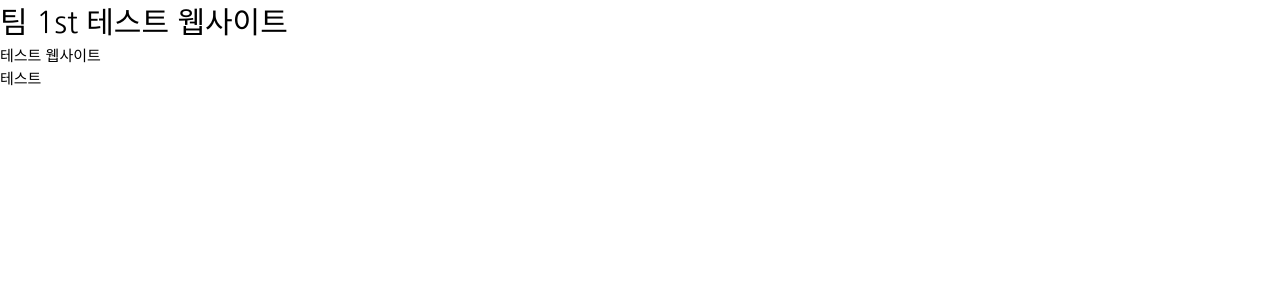
Repository: kinari4041/funfun
Page: index.html
These files come from the project's save history. The page is drawn as it stood at one moment and after the next save; the edit follows.
The browser window is 1280 px wide. The pictures show the whole page.

Above is the page before, as saved 2024-07-29 06:54:34.
Console error (its wording comes from the project's code and is left out).

### index.html
<html lang="ko">
    <head>
        <meta charset="utf-8"></meta>
        <meta http-equiv="X-UA-Compatible" content="IE=edge">
        <meta name="viewport" content="width=device-width, initial-scale=1.0">
        <!-- 나눔고딕 구글 폰트 -->
        <link rel="icon" href="./img/favicon.ico">
        <link rel="preconnect" href="https://fonts.googleapis.com">
        <link rel="preconnect" href="https://fonts.gstatic.com" crossorigin>
        <link href="https://fonts.googleapis.com/css2?family=Nanum+Gothic&display=swap"     rel="stylesheet">
        <!-- 외부 css 스타일 시트 적용 -->
        <link rel="stylesheet" href="./css/style.css">
        <title> TEAM FIRST TEST WEBSITE </title>
    </head>
    <body>
        <h1> 팀 1st 테스트 웹사이트 </h1>
        <p> 테스트 웹사이트 </p>
        <p> 테스트 </p>
        <script type="module" src="./script/app.js"></script>
    </body>
</html>

### css/style.css
@import url(./default.css);


/* ─────────────────────────────────────────────────────────
                            헤더
────────────────────────────────────────────────────────── */

header {
    position: absolute;
    top: 0px;
    overflow:hidden;
    width: 1330px;
    background-color: #fff;
}


/* ─────────────────────────────────────────────────────────
                        최상단 메뉴바
────────────────────────────────────────────────────────── */

#top-nav {
    width: 100%;
    display: flex;
    height: 100px;
    align-items: center;
    justify-content: space-between;
    border-bottom: 1px solid #ddd;
}


/* ─────────────────────────────────────────────────────────
                최상단 메뉴바: 타이틀 및 사이트메뉴
────────────────────────────────────────────────────────── */

.top-nav-site-wrap {
    display:flex;
}

.top-nav-title {
    margin-left: 20px;
    display:flex;
    align-items: center;
}

.top-nav-logo {
    font-size: 40px;
    font-weight: bold;
}

.top-nav-title {
    margin-left: 15px;
    text-align: center;
    font-size: 35px;
    font-weight: bold;
}

.top-nav-site-menu {
    margin-left: 20px;
}

.top-nav-site-menu li {
    display: inline-block;
    position: relative;
    width: max-content;
    margin-left: 50px;
    font-weight: bold;
    font-size: 20px;
    line-height: 50px;
}

.top-nav-site-menu li::after {
    content: "";
    position: absolute;
    left: 0;
    bottom: 0;
    width: 0%;
    height: 3px;
    background-color: #000;
    transition: all .5s cubic-bezier(0, 0, 0.15, 1.01);
}

.top-nav-site-menu li:hover:after {
    width: 100%;
}


/* ─────────────────────────────────────────────────────────
                    최상단 메뉴바: 버튼 영역
────────────────────────────────────────────────────────── */

.top-nav-btn-wrap {
    display: flex;
}


/* ─────────────────────────────────────────────────────────
                    최상단 메뉴바: 검색 기능
────────────────────────────────────────────────────────── */

.top-nav-menu-search .search-form-wrap {
    opacity: 0;
    visibility: hidden;
    position: fixed;
    top: 0;
    left: 0;
    width: 100%;
    height: 100%;
    background: rgba(0, 0, 0, 0.9);
    z-index: 9999;
    -webkit-transform: translateY(100%);
    -ms-transform: translateY(100%);
    -o-transform: translateY(100%);
    transform: translateY(100%);
    -webkit-transition: 0.5s ease;
    -o-transition: 0.5s ease;
    transition: 0.5s ease;
}

.top-nav-menu-search .search-form-wrap.search-activate {
  opacity: 1;
  visibility: visible;
  -webkit-transform: translateY(0);
  -ms-transform: translateY(0);
  -o-transform: translateY(0);
  transform: translateY(0);

}

.top-nav-menu-search .search-form-wrap .search-form {
  position: absolute;
  top: 50%;
  left: 50%;
  width: 100%;
  margin-left: -50%;
  -webkit-transform: translateY(-50%);
  -ms-transform: translateY(-50%);
  -o-transform: translateY(-50%);
  transform: translateY(-50%);
  text-align: center;
}

.top-nav-menu-search .search-form-wrap .search-form .search-field {
  border: none;
  border-bottom: 1px solid #ccc;
  padding: 20px;
  width: 80%;
  height: 70px;
  display: block;
  margin: 0 auto;
  border: none;
  border-bottom: 1px solid #e1e1e1;
  border-radius: 70px;
  font-size: 26px;
}

.top-nav-menu-search .search-form-wrap .search-form .search-submit {
  margin-top: 30px;
  padding: 16px 60px;
  background: #333;
  border: none;
  color: #fff;
  font-size: 18px;
  display: inline-block;
  -webkit-transition: 0.3s ease;
  -o-transition: 0.3s ease;
  transition: 0.3s ease;
}

.top-nav-menu-search .search-form-wrap .search-form .search-submit:hover {
  border-radius: 30px;
}

.search-form-close {
  position: absolute;
  color:white;
  right: 40px;
  top: 30px;
  font-size: 64px;
  cursor: pointer;
}

.search-icon {
    padding: 10px;
    border: 1px solid #888;
    border-radius: 50px;
    display: flex;
    justify-content: center;
    align-items: center;
    margin-right: 20px;
    font-size: 20px;
    transition: all .3s ease-in;
}

.search-icon:hover {
    background-color: #ddd;
}


/* ─────────────────────────────────────────────────────────
                최상단 메뉴바: 새 프로젝트 버튼
────────────────────────────────────────────────────────── */

.top-nav-btn-project {
    padding: 10px 15px 10px 15px;
    width: fit-content;
    height: fit-content;
    background-color: white;
    display: flex;
    justify-content: center;
    align-items: center;
    font-weight: bold;
}


/* ─────────────────────────────────────────────────────────
                최상단 메뉴바: 로그인/가입 버튼
────────────────────────────────────────────────────────── */

.top-nav-btn-login {
    margin-right: 10px;
    padding: 10px 15px 10px 15px;
    width: fit-content;
    height: fit-content;
    background-color: white;
    border: 1px solid #888;
    border-radius: 50px;
    display: flex;
    justify-content: center;
    align-items: center;
    transition: all .3s ease-in;
    font-weight: bold;
}

.top-nav-btn-login:hover {
    background-color: #ddd;
}


/* ─────────────────────────────────────────────────────────
                    헤더: 인기 프로젝트 영역
────────────────────────────────────────────────────────── */

.popular-projects {
    width: 100%;
    height: 400px;
    background-color: #ccc;
    display: flex;
    flex-wrap: nowrap;
    position: relative;
    overflow: hidden;
    user-select: none;
    border-bottom-left-radius: 40px;
    border-bottom-right-radius: 40px;
}

/* 금주의 인기 프로젝트! 영역 스타일 */
.slide-title {
    position: absolute;
    top: 20px;
    left: 30px;
    padding: 10px 15px 10px 15px;
    border-radius: 20px;
    background-color: #00000077;
    color:white;
    font-size: 20px;
    font-weight: bold;
    z-index: 3;
}

/* 슬라이드에 들어가는 각 div의 스타일 적용 */
.slide-item {
    position: relative;
    left: 0px;
    flex-shrink: 0; /* flex item들이 컨테이너 크기에 맞게 줄어들지 않도록 값을 0으로 설정 */
    width: 100%;
    height: 100%;
    transition: left 0.8s ease-in-out;
}

/* 무한루프 구현을 위해 복사본 스타일 정의 */
.slide-item-duplicate {
    position: relative;
    z-index: 2;
    left: 0px;
    flex-shrink: 0;
    width: 100%;
    height: 300px;
    transition: left 0.8s ease-in-out;
}

.item1 {
    background-image: url("https://picsum.photos/1330/400?random=1");
}

.item2 {
    background-image: url("https://picsum.photos/1330/400?random=2");
}

.item3 {
    background-image: url("https://picsum.photos/1330/400?random=3");
}

.item4 {
    background-image: url("https://picsum.photos/1330/400?random=4");
}

.item5 {
    background-image: url("https://picsum.photos/1330/400?random=5");
}

/* 페이지 넘기는 버튼 및 현재 페이지 표시 ui영역 */
.slide-ui {
    position: absolute;
    display: flex;
    z-index: 5;
    bottom: 20px;
    left: 50%;
    transform: translateX(-50%);
    gap: 20px;
}

/* 페이지 넘기는 버튼 스타일 */
.slide-btn {
    font-size: 14px;
    color:white;
    cursor: pointer;
    border-radius: 20px;
    padding: 10px;
    background-color: #00000077;
}

/* 현재 페이지를 알려주는 ui 스타일 */
.slide-pagenation {
    padding: 10px;
    border-radius: 20px;
    background-color: #00000077;
    color:white;
    font-weight: bold;
    font-size: 13px;
}


/* ─────────────────────────────────────────────────────────
                    메인 영역 스타일 설정
────────────────────────────────────────────────────────── */

main {
    margin-top: 520px;
}

/* 메인 프로젝트 목록 영역 */
#section-content {
    width: 100%;
    display: flex;
    justify-content: space-between;
    gap: 50px;
    margin-top: 50px;
}

/* 프로젝트 목록 영역 */
#section-content-wrap {
    width: 1000px;
}


/* ─────────────────────────────────────────────────────────
                메인: 대분류 네비게이션 메뉴바
────────────────────────────────────────────────────────── */

nav {
    height: 100px;
    width: 100%;
    margin-bottom: 30px;
    background-color: #fff;
    animation-duration: 0.3s;
    animation-timing-function: ease-in;
}

.nav-menu ul {
    display: flex;
    gap: 40px;
    justify-content: center;
    align-items: center;
}

.nav-menu-icon-box {
    display: flex;
    align-items: center;
    flex-direction: column;
    width: 110px;
    height: 110px;
    padding-top: 5px;
    border-radius: 20px;
    transition: all .2s ease;
}

.nav-menu-icon-box:hover {
    background-color: #ddd;
}

.nav-menu-icon-box i {
    display: flex;
    flex-direction: column;
    justify-content: center;
    align-items: center;
    font-weight: bold;
    font-size: 40px;
    padding: 10px;
    margin-bottom: 5px;
}

.nav-menu-icon-title {
    margin-top: 3px;
    font-weight: bold;
}

.nav-menu li:last-of-type::after {
    content: none;
}

.more-list {
    display: none;
}


/* ─────────────────────────────────────────────────────────
                    메인: 사이드바
────────────────────────────────────────────────────────── */

aside {
    margin-top: 30px;
    margin-bottom: 50px;
    border-radius: 30px;
    box-shadow: 0 0 20px 4px rgba(0, 0, 0, 0.192);
    position: sticky;
    position: -webkit-sticky;
    top: 30px;
    width: 280px;
    height: fit-content;
    padding-left: 15px;
    overflow: auto;
    padding: 30px;
}

.side-bar-dropdown {
    position: relative;
    display: block;
    padding-top: 10px;
    padding-bottom: 10px;
    margin-bottom: 20px;
    background-color: #ddd;
}

.side-bar-dropdown:last-of-type {
    margin-bottom: 0px;
}

.side-bar-dropdown p {
    margin-left: 5px;
    display: inline-block;
}

.side-bar-dropdown i.cursor-down {
    float: right;
    transform: rotate(-90deg);
    transition: all .2s ease;
}

.side-bar-items {
    margin-left: 10px;
    display: none;
    z-index: 1;
}

.side-bar-items i {
    margin-right: 5px;
}

.side-bar-items a {
    display: block;
    padding: 5px;
    margin-top: 15px;
    background-color: #aaa;
}

.side-bar-items a:hover {
    cursor: pointer;
}

/* (임시) 건드릴시 소분류 등장 */
.side-bar-dropdown:hover .side-bar-items {
    display: block;
}

/* (임시) 건드릴시 소분류 등장 */
.side-bar-dropdown:hover .cursor-down {
    transform: none;
}


/* ─────────────────────────────────────────────────────────
                    메인: 섹션 영역 스타일
────────────────────────────────────────────────────────── */

.section-title {
    border-top-left-radius: 30px;
    border-top-right-radius: 30px;
}

.section-title p {
    margin-left: 50px;
    padding-top: 30px;
    font-size: 30px;
    font-weight: bold;
}

.section-area {
    margin-bottom: 140px;
    border-radius: 30px;
    box-shadow: 0 0 20px 4px rgba(0, 0, 0, 0.192);
}


/* ─────────────────────────────────────────────────────────
                섹션1: 주목할 만한 프로젝트!
────────────────────────────────────────────────────────── */

.main-cate-project {
    display: grid;
    grid-template-columns: repeat(3,1fr);
    padding: 30px;
    column-gap: 10px;
    row-gap: 30px;
}

.project-cate-wrap {
    display: flex;
    flex-direction: column;
    border-radius: 20px;
    cursor: pointer;
    padding: 10px;
    align-items: center;
    transition: all .2s ease-in-out;
}

.project-cate-wrap:hover {
    transform: scale(1.02);
    box-shadow: 0 0 10px 4px rgba(0, 0, 0, 0.2);
}

.project-cate {
    margin-left: 10px;
    margin-bottom: 5px;
    width: 100%;
}

.project-cate-thumb {
    margin-bottom: 10px;
}

.project-cate-thumb img {
    border-radius: 20px;
    width: 270px;
}

.project-cate.name {
    color: #777;
    font-weight: bold;
    font-size: 16px;
}

.project-cate.title {
    font-weight: bold;
    font-size: 20px;
    overflow: hidden;
    word-break: break-word;
    line-height: 30px;
    padding-right: 8px;

    display: -webkit-box;
    text-overflow: ellipsis;
    line-clamp: 2;
    -webkit-line-clamp: 2;
    -webkit-box-orient: vertical
}

.project-cate.rate {
    font-size: 20px;
    display: flex;
    justify-content: space-between;
}

#section3 .project-cate.rate {
    font-size: 17px;
    display: flex;
    justify-content: space-between;
}

.project-cate-rate.percent > b {
    color: orange;
    font-weight: bold;
}

.project-cate-rate.star {
    color: rgb(226, 58, 7);
    font-weight: bold;
    margin-right: 20px;
}

.project-cate.desc {
    color: #777;
    font-size: 15px;
    display: flex;
}

.ad-recommand-projects {
    height: 300px;
    width: 100%;
    display: grid;
}

/* 최근 오픈한 펀딩 프로젝트 리스트 */

.recent-project {
    display: grid;
    grid-template-columns: repeat(4,1fr);
    padding: 50px;
    column-gap: 30px;
    row-gap: 30px;
}

.recent-project-list {
    display: flex;
    flex-direction: column;
    transition: all .2s ease-in-out;
    padding-bottom: 5px;
    border-radius: 20px;
    cursor: pointer;
}

.recent-project-list:hover {
    transform: scale(1.02);
    box-shadow: 0 0 10px 4px rgba(0, 0, 0, 0.2);
}

.recent-project-thumb {
    margin-bottom: 10px;
}

.recent-project-thumb img {
    border-radius: 20px;
    width: 200px;
    height: 150px;
}

/* 요즘 트렌드 프로젝트 리스트 */

.trend-project {
    padding: 50px;
    column-gap: 30px;
    row-gap: 30px;
}

.trend-project-block {
    display: flex;
    gap: 30px;
    overflow: hidden;
    margin-bottom: 50px;
}

.trend-project-block:last-child {
    margin-bottom: 0;
}

.trend-project-list {
    display: flex;
    flex-direction: column;
    transition: all .2s ease-in-out;
    padding-bottom: 5px;
    border-radius: 20px;
    cursor: pointer;
}

.trend-project-list:hover {
    background-color: #ddd;
}

.trend-project-thumb {
    margin-bottom: 10px;
}

.trend-project-thumb img {
    border-radius: 20px;
    width: 200px;
    height: 150px;
}
.trend-project-title {
    line-height: 50px;
    font-size: 18px;
    font-weight: bold;
}

.hashtag {
    color: rgb(83, 83, 255);
    font-weight: bold;
}


/* ─────────────────────────────────────────────────────────
                         푸터
────────────────────────────────────────────────────────── */

footer {
    height: 300px;
    border-top: 2px solid #777;
    background-color: white;
}


/* ─────────────────────────────────────────────────────────
                푸터: 상단 영역 스타일
────────────────────────────────────────────────────────── */

.footer-top-area {
    width: 100%;
    height: 200px;
    display: flex;
    justify-content: space-between;
}

.footer-menu {
    display: flex;
    margin-left: 80px;
    margin-top: 30px;
}

.footer-menu h3 {
    font-weight: bold;
    font-size: 20px;
}

.footer-menu a:hover {
    text-decoration: underline;
}

.footer-menu i {
    margin-right: 10px;
}

.footer-menu-list {
    margin-left: 30px;
}

.footer-menu-list ul {
    margin-left: 40px;
    display: inline-block;
}

.footer-menu-list li {
    margin-bottom: 20px;
    font-size: 17px;
}


/* ─────────────────────────────────────────────────────────
                푸터: 고객 지원센터 안내 영역
────────────────────────────────────────────────────────── */

.help-center {
    align-items: right;
}


/* ─────────────────────────────────────────────────────────
                푸터: 하단 영역 스타일
────────────────────────────────────────────────────────── */

.footer-bottom-area {
    width: 100%;
    height: 100px;
    display: flex;
    justify-content: space-between;
}

.footer-copyright {
    width: 70%;
    font-size: 13px;
    text-align: center;
    display: flex;
    align-items: center;
    justify-content: center;
}

.social-icons {
    width: 30%;
    display: flex;
    align-items: center;
    justify-content: center;
}

.social-icons li {
    display: inline-block;
    font-size: 20px;
    margin-left: 10px;
}

.social-icons li::after {
    content: "|";
    margin-left: 10px;
}

.social-icons li:last-of-type::after {
    content: "";
}

### script/app.js
// source : https://velog.io/@jakeseo_me/%EC%9B%B9-%EC%95%84%ED%8A%B8%EC%9B%8C%ED%81%AC-1-%EB%82%98%EB%A7%8C%EC%9D%98-%ED%8C%8C%EB%8F%84-%EB%A7%8C%EB%93%A4%EC%96%B4%EB%B3%B4%EA%B8%B0

import {Wave} from './wave.js';

class App {
    constructor() {
        this.canvas = document.createElement('canvas');
        this.ctx = this.canvas.getContext('2d');
        document.body.appendChild(this.canvas);

        /* 사이즈 변화 대응 이벤트 리스너 */
        window.addEventListener('resize', this.resize.bind(this), {
            once: false,
            passive: false,
            capture: false,
        });

        this.wave = new Wave();
        this.resize();

        requestAnimationFrame(this.animate.bind(this));
    }

    resize() {
        this.stageWidth = document.body.clientWidth;
        this.stageHeight = document.body.clientHeight;

        this.canvas.width = this.stageWidth * 2;
        this.canvas.height = this.stageHeight * 2;

        this.ctx.scale(2, 2);
        this.wave.resize(this.stageWidth, this.stageHeight);
    }

    animate(t) {
        this.ctx.clearRect(0, 0, this.stageWidth, this.stageHeight);
        this.wave.draw(this.ctx);
        requestAnimationFrame(this.animate.bind(this));
    }
}

window.onload = () => {
    new App();
};

### css/default.css
/* ─────────────────────────────────────────────────────────
                        기본 초기화 소스
────────────────────────────────────────────────────────── */

* {
    border: 0;
    margin: 0;
    padding: 0;
    outline: 0;
    font-family: inherit;
    font-style: inherit;
    font-weight: inherit;
    -webkit-tab-highlight-color: rgba(0,0,0,0);
    vertical-align: baseline;
}

*,
*:before,
*:after {
    -webkit-box-sizing: border-box;
    -moz-box-sizing: border-box;
    box-sizing: border-box;
}

html {
    font-size: 62.5%;
    overflow-y: scroll;
    height: max-content;
    -webkit-text-size-adjust: 100%;
    -ms-text-size-adjust: 100%;
    -webkit-user-select: none;
    -moz-user-select: none;
    -ms-user-select: none;
    user-select: none;
}

a,
a:link,
a:visited,
a:focus,
a:hover,
a:active {
    color: inherit;
    text-decoration: none;
    outline: 0;
}

ol,
ul {
    list-style: none;
}

img {
    vertical-align: middle;
}

body {
    background: #fff;
    height: max-content;
    margin: 0 auto;
    font-size: 15px;
    line-height: 1.5;
    font-weight: 300;
    font-family: "Nanum Gothic", sans-serif;
}


/* ─────────────────────────────────────────────────────────
                        공용 소스
────────────────────────────────────────────────────────── */

hr {
    width: 100%;
    border-bottom: 1px solid #eee;
    clear: both;
}

b,
strong {
    font-weight: bold;
}

.float-r {
    float: right;
    display: inline;
}

.float-l {
    float: left;
    display: inline;
}

.hashtag {
    color: rgb(83, 83, 255);
    font-weight: bold;
}


/* ─────────────────────────────────────────────────────────
                    사이트 컬러 리소스
────────────────────────────────────────────────────────── */

:root {
    --color-white: #ffffff;
    --color-light: #f1f5f9;
    --color-black: #121212;
    --color-night: #001632;

    --color-red: #f44336;
    --color-blue: #1a73e8;
    --color-gray: #80868b;
    --color-grayish: #dadce0;

    --shadow-normal: 0 1px 3px 0 rgba(0, 0, 0, 0.1),
      0 1px 2px 0 rgba(0, 0, 0, 0.06);
    --shadow-medium: 0 4px 6px -1px rgba(0, 0, 0, 0.1),
      0 2px 4px -1px rgba(0, 0, 0, 0.06);
    --shadow-large: 0 10px 15px -3px rgba(0, 0, 0, 0.1),
      0 4px 6px -2px rgba(0, 0, 0, 0.05);
    --shadow-bold: 0 5px 15px -3px rgba(0, 0, 0, 0.23),
      0 4px 6px -2px rgba(0, 0, 0, 0.23);
}

### script/wave.js
// source : https://velog.io/@jakeseo_me/%EC%9B%B9-%EC%95%84%ED%8A%B8%EC%9B%8C%ED%81%AC-1-%EB%82%98%EB%A7%8C%EC%9D%98-%ED%8C%8C%EB%8F%84-%EB%A7%8C%EB%93%A4%EC%96%B4%EB%B3%B4%EA%B8%B0

// let section = $('.section-area');
let sections = document.querySelectorAll('.section-area');

class App {
    constructor() {
        this.canvas = document.createElement('canvas');
        this.ctx = this.canvas.getContext('2d');
        $('#section1').append(this.canvas);

        this.wave = new Wave();
        this.resize();

        requestAnimationFrame(this.animate.bind(this));

        //사이즈 변화 대응 이벤트 리스너 */
        window.addEventListener('resize', this.resize.bind(this), {
            once: false,
            passive: false,
            capture: false,
        });

    }

    resize() {
        this.stageWidth = $('#section1').height();
        this.stageHeight = $('#section1').height();

        this.canvas.width = this.stageWidth * 2;
        this.canvas.height = this.stageHeight * 2;

        this.ctx.scale(2, 2);
        this.wave.resize(this.stageWidth, this.stageHeight);
    }

    animate(t) {
        this.ctx.clearRect(0, 0, this.stageWidth, this.stageHeight);
        this.wave.draw(this.ctx);
        requestAnimationFrame(this.animate.bind(this));
    }
}

class Wave {
    constructor(color) {
        this.color = color;
        this.points = [];
        this.numberOfPoints = 7;
    }

    resize(stageWidth, stageHeight) {
        this.stageWidth = stageWidth;
        this.stageHeight = stageHeight;

        this.centerX = stageWidth / 2;
        this.centerY = stageHeight / 1.5;

        this.pointGap = this.stageWidth / (this.numberOfPoints - 1);

        this.init();
    }

    init() {
        for (let i = 0; i < this.numberOfPoints; i++) {
            this.points[i] = new Point(i, this.pointGap * i, this.centerY);
        }
    }

    draw(ctx) {

        ctx.beginPath();

        let prevX = this.points[0].x;
        let prevY = this.points[0].y;

        ctx.moveTo(prevX, prevY);

        for (let i = 0; i < this.numberOfPoints; i++) {

            // ctx.arc(this.points[i].x, this.points[i].y, 30, 0, 2 * Math.PI);

            //ctx.lineTo(this.points[i].x, this.points[i].y);

            const cx = (prevX + this.points[i].x) / 2;
            const cy = (prevY + this.points[i].y) / 2;

            ctx.quadraticCurveTo(prevX, prevY, cx, cy);

            prevX = this.points[i].x;
            prevY = this.points[i].y;

            if (i != 0 && i != this.numberOfPoints - 1) {
                this.points[i].update();
            }
        }
        ctx.lineTo(prevX, prevY);
        ctx.lineTo(this.stageWidth, this.stageHeight);
        ctx.lineTo(0, this.stageHeight);
        ctx.lineTo(this.points[0].x, this.points[0].y);

        ctx.fillStyle = '#BCE858';
        ctx.fill();

        ctx.closePath();
    }
}

class Point {
    constructor(index, x, y) {
        this.x = x;
        this.y = y;
        this.fieldY = y;
        this.speed = 0.07;
        this.cur = index;
        this.max = Math.random() * 30 + 30;
    }

    update() {
        this.cur += this.speed;
        this.y = this.fieldY + Math.sin(this.cur) * this.max;
    }
}

window.onload = () => {
    new App();
};

After the next save:
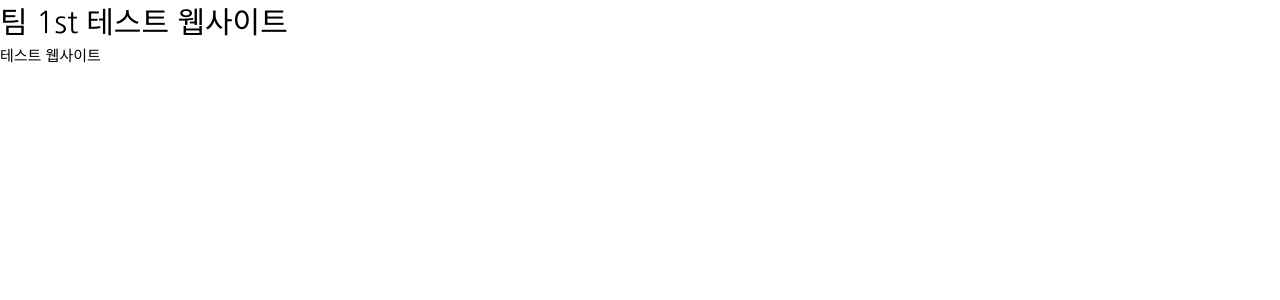
Saved 14 s later.
--- a/index.html
+++ b/index.html
@@ -15,7 +15,6 @@
     <body>
         <h1> 팀 1st 테스트 웹사이트 </h1>
         <p> 테스트 웹사이트 </p>
-        <p> 테스트 </p>
         <script type="module" src="./script/app.js"></script>
     </body>
 </html>
